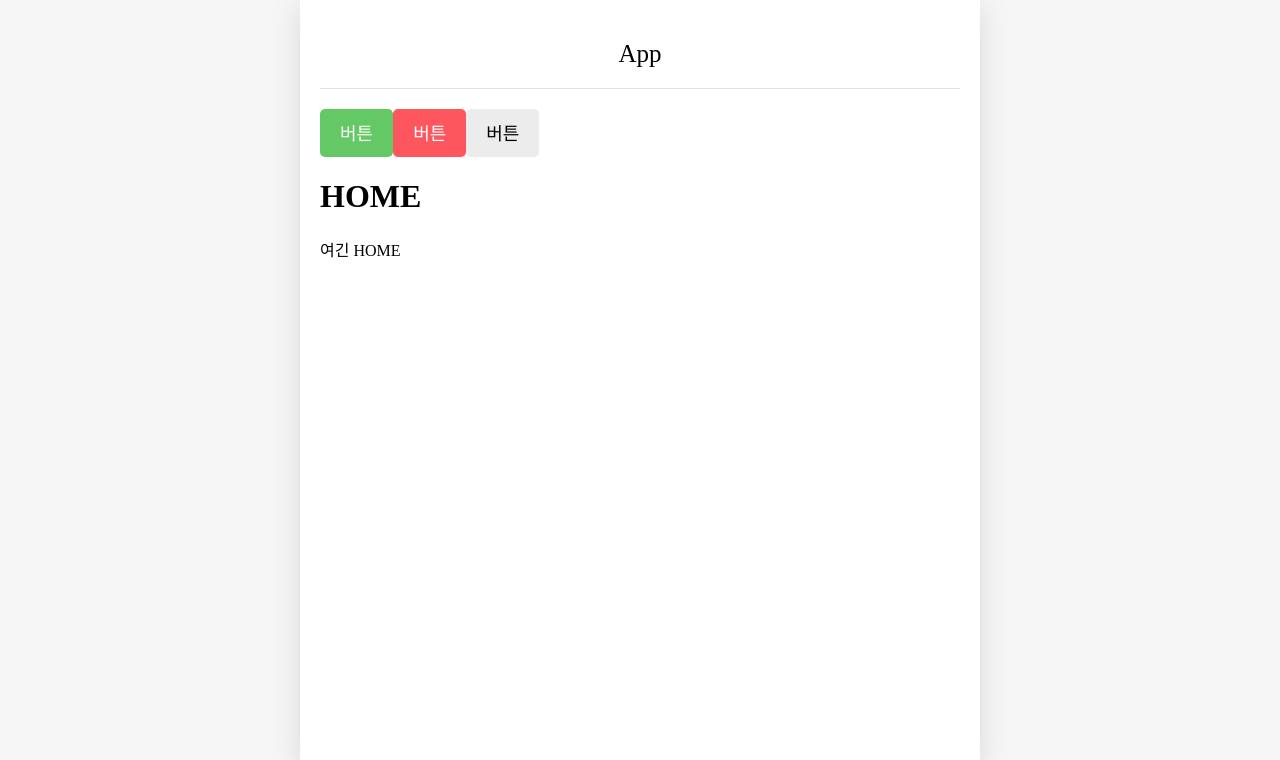
Repository: shinyoungjei/ReactStudy
Page: /
These files come from the project's save history. The page is drawn as it stood at one moment and after the next save; the edit follows.
The browser window is 1280 px wide. The pictures show the whole page.
Some web fonts or font styles are not loaded; a fallback is used. The project was rebuilt for these pictures with package versions that can differ from the ones it lists, and the page was loaded fresh each time. Also part of the build but not shown: src/pages/Diary.js, src/pages/Edit.js, src/pages/New.js.

Above is the page before, as saved 2022-07-16 01:00:04.

### src/App.js
import "./App.css";
import { BrowserRouter, Routes, Route } from "react-router-dom";

// import RouteTest from "./components/RouteTest";

import MyHeader from "./components/MyHeader";

import Diary from "./pages/Diary";
import Edit from "./pages/Edit";
import Home from "./pages/Home";
import New from "./pages/New";
import MyButton from "./components/MyButton";

function App() {
  // 이미지 저장 경로
  // const env = process.env.PUBLIC_URL;

  return (
    // Step 02. App Component의 최상위 태그에 감싸 준다.
    // 감싸져 있는 부분은 BrowserUrl과 mapping되어 있다.
    <BrowserRouter>
      <div className="App">
        <MyHeader headText={"App"} />
        {/* 이미지 불러오기
        <img src={env + `/assets/emotion1.png`}></img>
        <img src={env + `/assets/emotion2.png`}></img>
        <img src={process.env.PUBLIC_URL + `/assets/emotion3.png`}></img>
        <img src={process.env.PUBLIC_URL + `/assets/emotion4.png`}></img>
        <img src={process.env.PUBLIC_URL + `/assets/emotion5.png`}></img> */}

        <MyButton
          text={"버튼"}
          onClick={() => {
            alert("버튼 클릭");
          }}
          type={"positive"}
        />

        <MyButton
          text={"버튼"}
          onClick={() => {
            alert("버튼 클릭");
          }}
          type={"negative"}
        />

        <MyButton
          text={"버튼"}
          onClick={() => {
            alert("버튼 클릭");
          }}
        />

        {/* Step 03. 본격적인 routing
       Url이 바뀌게 된다면 어떤 컴포넌트를 렌더링 하여
       그 컴포넌트가 페이지 역할을 할 것인지 결정하기 위한 태그 */}
        <Routes>
          {/* Step 04. Route
        실질적으로 URL 경로와 컴포넌트를 매핑 시켜주는 태그 */}
          <Route path="/" element={<Home />} />
          <Route path="/new" element={<New />} />
          <Route path="/diary/:id" element={<Diary />} />
          <Route path="/edit" element={<Edit />} />
        </Routes>
        {/* <RouteTest /> */}
      </div>
    </BrowserRouter>
  );
}

export default App;

### src/App.css
@import url("https://fonts.googleapis.com/css2?family=Nanum+Pen+Script&family=Yeon+Sung&display=swap");

.App {
  padding: 20px;

  font-family: "Nanum Pen Script", cursive;
  font-family: "Yeon Sung", cursive;
}

body {
  background-color: #f6f6f6;
  display: flex;
  justify-content: center;
  align-items: center;
  font-family: "Nanum Pen Script";
  min-height: 100vh;
  margin: 0px;
}

@media (min-width: 650px) {
  .App {
    width: 640px;
  }
}

@media (max-width: 650px) {
  .App {
    width: 90vh;
  }
}

#root {
  background-color: white;
  box-shadow: rgba(100, 100, 111, 0.2) 0px 7px 29px 0px;
}

.App {
  min-height: 100vh;
  padding-left: 20px;
  padding-right: 20px;
}

/* My Button */
.MyButton {
  background-color: #92c9fc;

  cursor: pointer;
  border: none;
  border-radius: 5px;

  margin-top: 20px;

  padding-top: 10px;
  padding-bottom: 10px;
  padding-left: 20px;
  padding-right: 20px;

  font-size: 18px;

  white-space: nowrap;
  font-family: "Nanum Pen Script";
}

.MyButton_default {
  background-color: #ececec;
  color: black;
}

.MyButton_positive {
  background-color: #64c964;
  color: white;
}
.MyButton_negative {
  background-color: #fd565f;
  color: white;
}

/* HEADER */

header {
  padding-top: 20px;
  padding-bottom: 20px;

  display: flex;
  align-items: center;
  border-bottom: 1px solid #e2e2e2;
}

header > div {
  display: flex;
}

header .head_text {
  width: 50%;
  font-size: 25px;
  justify-content: center;
}

header .head_btn_left {
  width: 25%;
  justify-content: start;
}

header .head_btn_right {
  width: 25%;
  justify-content: end;
}

header button {
  font-family: "Nanum Pen Script";
}

### src/pages/Home.js
const Home = () => {
  return (
    <div>
      <h1>HOME</h1>
      <p>여긴 HOME</p>
    </div>
  );
};

export default Home;

### src/components/MyButton.js
const MyButton = ({ text, onClick, type }) => {
  const btnType = ["positive", "negative"].includes(type) ? type : "default";
  return (
    <button
      className={["MyButton", `MyButton_${btnType}`].join(" ")}
      onClick={onClick}
    >
      {text}
    </button>
  );
};

MyButton.defaultProps = {
  type: "default",
};

export default MyButton;

Loaded but not shown: public/index.html (common file); src/index.js (common file); src/index.css (common file); src/components/MyHeader.js (common file)

After the next save:
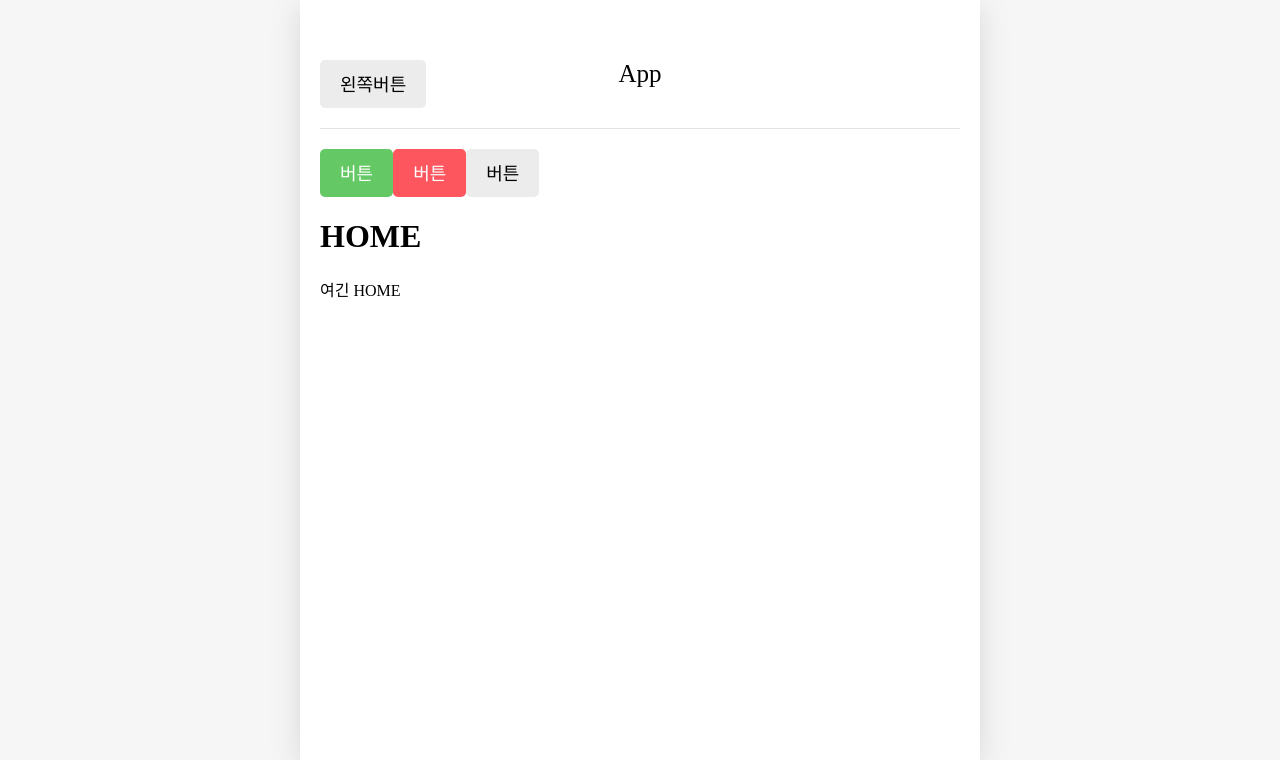
Saved 90 s later.
--- a/src/App.js
+++ b/src/App.js
@@ -20,7 +20,17 @@ function App() {
     // 감싸져 있는 부분은 BrowserUrl과 mapping되어 있다.
     <BrowserRouter>
       <div className="App">
-        <MyHeader headText={"App"} />
+        <MyHeader
+          headText={"App"}
+          leftChild={
+            <MyButton
+              text={"왼쪽버튼"}
+              onClick={() => {
+                alert("왼쪽클릭");
+              }}
+            />
+          }
+        />
         {/* 이미지 불러오기
         <img src={env + `/assets/emotion1.png`}></img>
         <img src={env + `/assets/emotion2.png`}></img>
